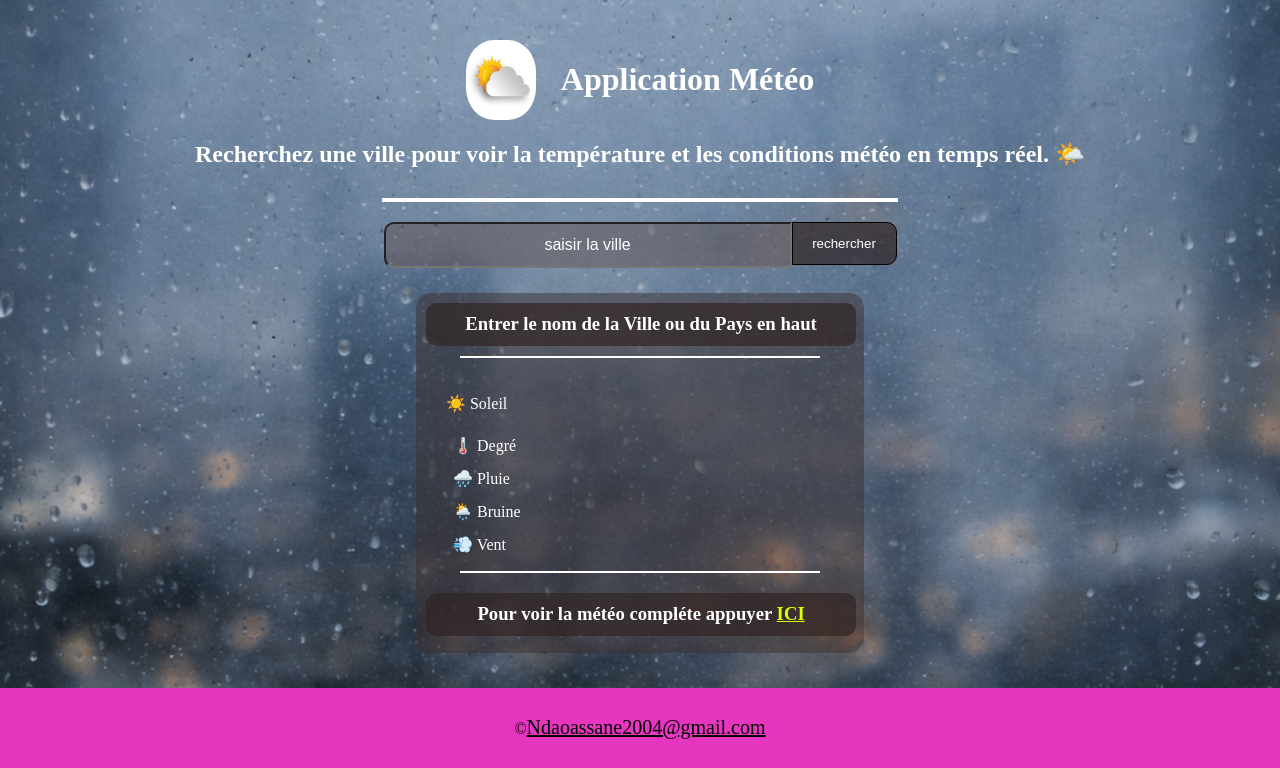
Repository: assanendao171/meteo
Page: index.html
The author's editor kept a copy of each file at every save. The page is drawn from the files as they stood at one save, then again after a run of saves.
The browser window is 1280 px wide. The pictures show the whole page.

Above is the page before, as saved 2026-03-16 13:40:46.

After the next 7 saves:
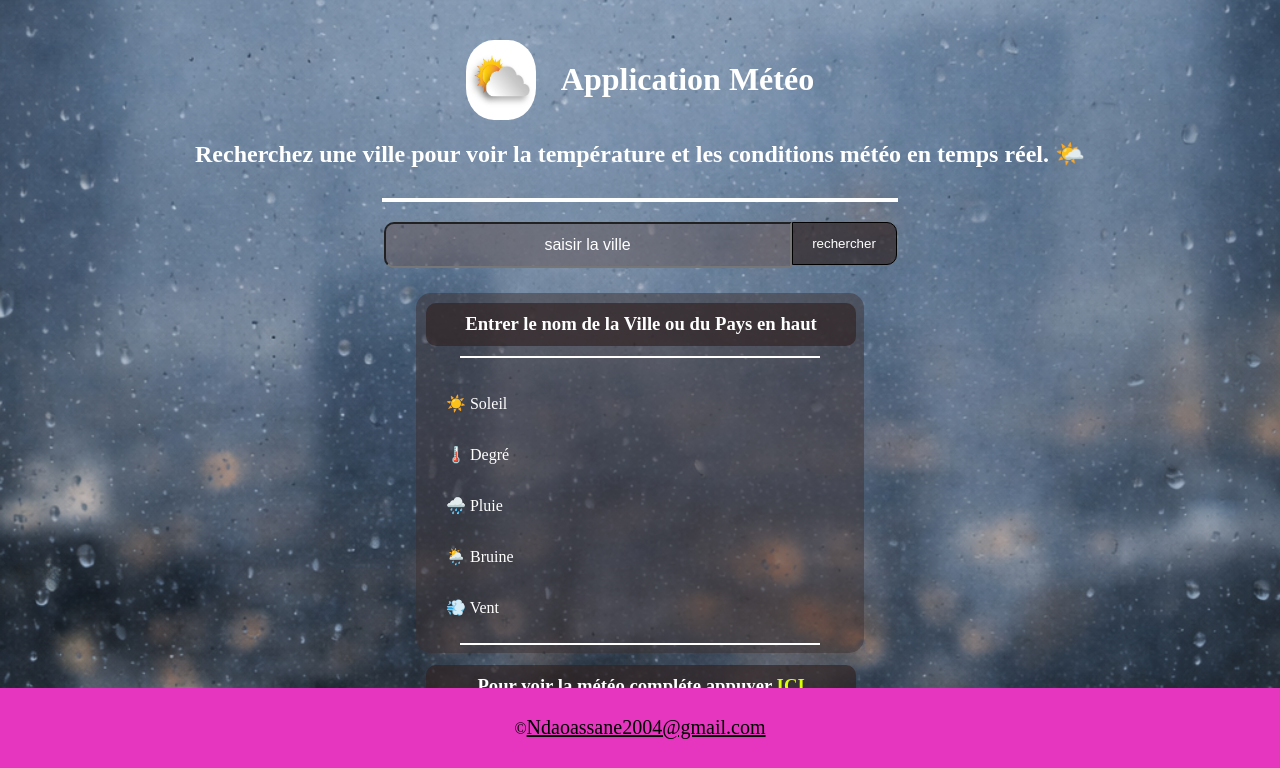
The 7 saves are shown as one change because they came seconds apart.
The last was saved 18 s later.
--- a/index.html
+++ b/index.html
@@ -26,10 +26,10 @@
         <hr id="hr">
         <div id="stat">
         <p id="Soleil">☀️ Soleil</p>
-        <p id="emoji">🌡️ Degré</p >
-        <p id="emoji">🌧️ Pluie</p >
-        <p id="emoji">🌦️ Bruine</p >
-        <p id="emoji">💨 Vent</p >
+        <p id="Degre">🌡️ Degré</p >
+        <p id="Pluie">🌧️ Pluie</p >
+        <p id="Bruine">🌦️ Bruine</p >
+        <p id="Vent">💨 Vent</p >
         </div>
             <hr id="hr">
 <div id="resultat">
